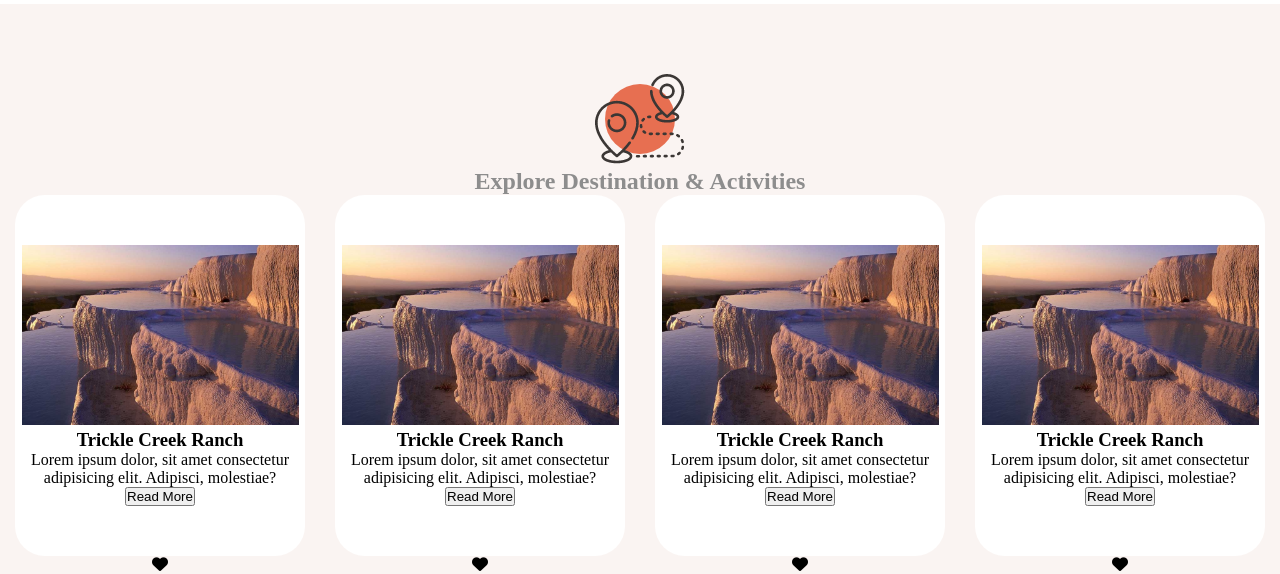
Repository: giahuy405/BC38_Camping_Pham_Gia_Huy
Page: index.html
The author's editor kept a copy of each file at every save. The page is drawn from the files as they stood at one save, then again after the next save.
The browser window is 1280 px wide. The pictures show the part of the page from y = 692 to 1266 px (the page is 1266 px tall).

Above is the page before, as saved 2022-09-13 19:03:55.

After the next save:
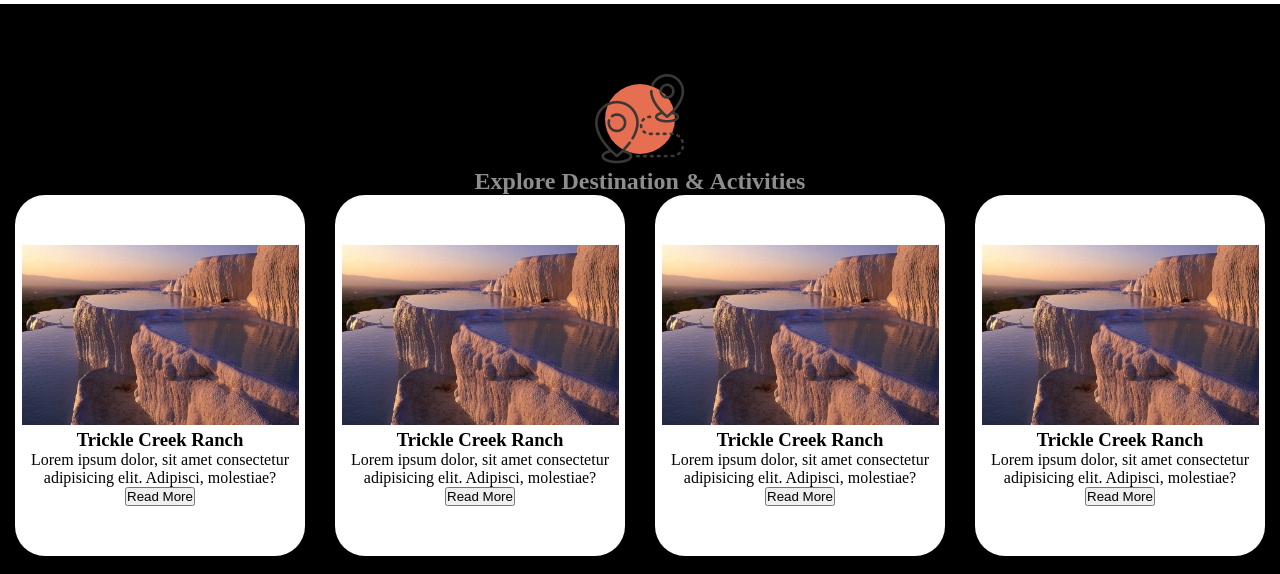
Saved 24 s later.
--- a/css/index.css
+++ b/css/index.css
@@ -38,7 +38,8 @@
 .service{
     text-align: center;
     padding-top: 70px;
-    background-color: #faf4f2;
+    /* background-color: #faf4f2; */
+    background-color: black;
 }
 .service > h1{
     color: #8d8d8d;
@@ -57,3 +58,6 @@
     border-radius: 30px;
     padding: 50px 0;
 }
+.service__item img{
+
+}
